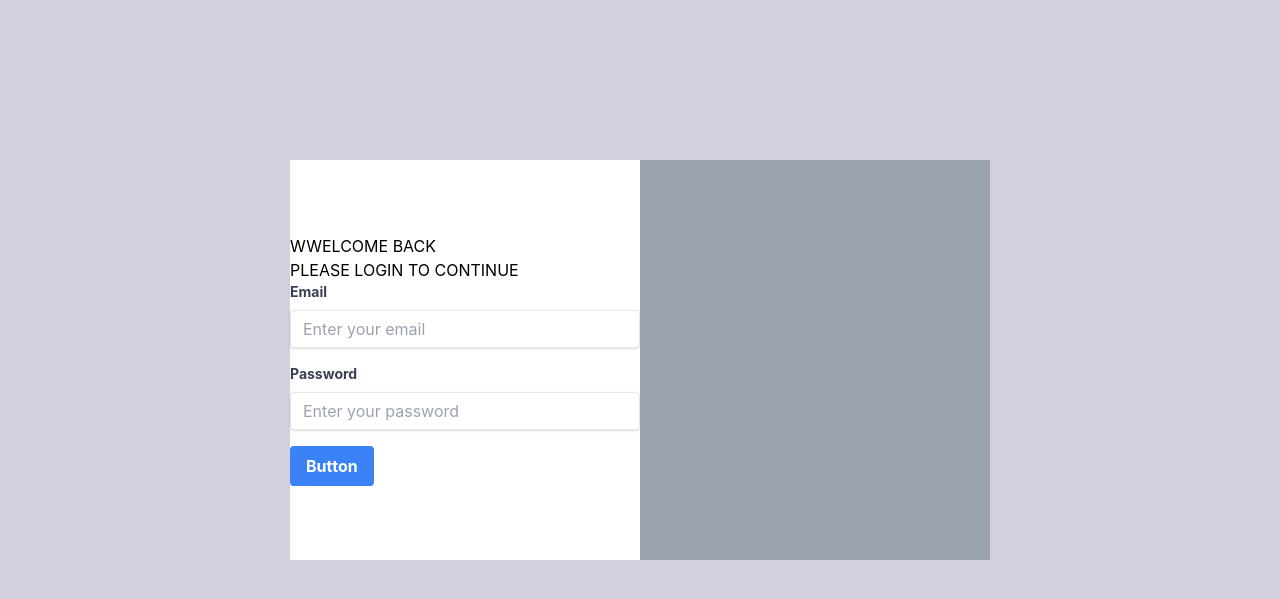
Repository: cosmicswati/upgrad-captions-project
Page: /account/signin
An editor plug-in stored every save of this project. The page is shown before and after a run of saves, followed by the edit.
The browser window is 1280 px wide. The pictures show the whole page.
The project was rebuilt for these pictures with package versions that can differ from the ones it lists, and the page was loaded fresh each time.

Above is the page before, as saved 2024-04-08 19:12:30.

### src/App.js
import Auth from "./modules/Authorization";


function App() {
  return (
    <div>
       <Auth />
    </div>
  );
}

export default App;

### src/modules/Authorization/index.js
import React from 'react'
import Form from './Form'

const Auth = () => {
  return (
    <div>
      <Form/>
    </div>
  )
}

export default Auth

### src/modules/Authorization/Form.jsx
import React from 'react';
import Input from '../../components/Input';
import Button from '../../components/Button';

const Form = () => {
  return (
    <div className='bg-[#d2cfdf] h-screen w-full flex justify-center items-center'>
      <div className='h-[400px] w-[700px] bg-white flex justify-center items-center'>
      <div className='h-full w-full flex flex-col justify-center item-center'>
         <div>WWELCOME BACK</div>
         <div>PLEASE LOGIN TO CONTINUE</div>
         <form>
            <Input label='Email' type='email' placeholder='Enter your email' />
            <Input label='Password' type='password' placeholder='Enter your password' />
            <Button label='Sign in' />
         </form>
      </div>
      <div className='h-full w-full bg-gray-400'>

      </div>
    </div>
    </div>
  );
};

export default Form;

### src/components/Input/index.js
import React from 'react'

const Input = ({
    name = '',
    label ='',
    type ='',
    placeholder =''
}) => {
  return (
    <div class="mb-4">
        {
          label &&
          <label class="block text-gray-700 text-sm font-bold mb-2" for={name}>
             {label}
          </label>
        }

        <input class="shadow apperance-none border rounded w-full py-2 px-3
         text-gray-700 leading-tight focus:outline-none focus:shadow-outline"
         id={name} type={type} placeholder={placeholder} />

    </div>
  )
}

export default Input

### src/components/Button/index.js
import React from 'react'

const Button = ({
    label ='',
    className =''
}) => {
  return (
    <button className={`bg-blue-500 hover:bg-blue-700 text-white font-bold py-2 px-4 rounded ${className}`}>
      Button
  </button>
  )
}

export default Button

### tailwind.config.js
/** @type {import('tailwindcss').Config} */
module.exports = {
 mode:'jit',
 purge: [
  './public/**/*.html',
  './src/**/*.{js,jsx,ts,tsx,vue}',
 ],
  content: [
    "./src/**/*.{js,jsx,ts,tsx}",
  ],
  theme: {
    extend: {},
  },
  plugins: [],
}

Loaded but not shown: public/index.html (common file); src/index.js (common file); src/index.css (common file); src/reportWebVitals.js (common file)

After the next 3 saves:
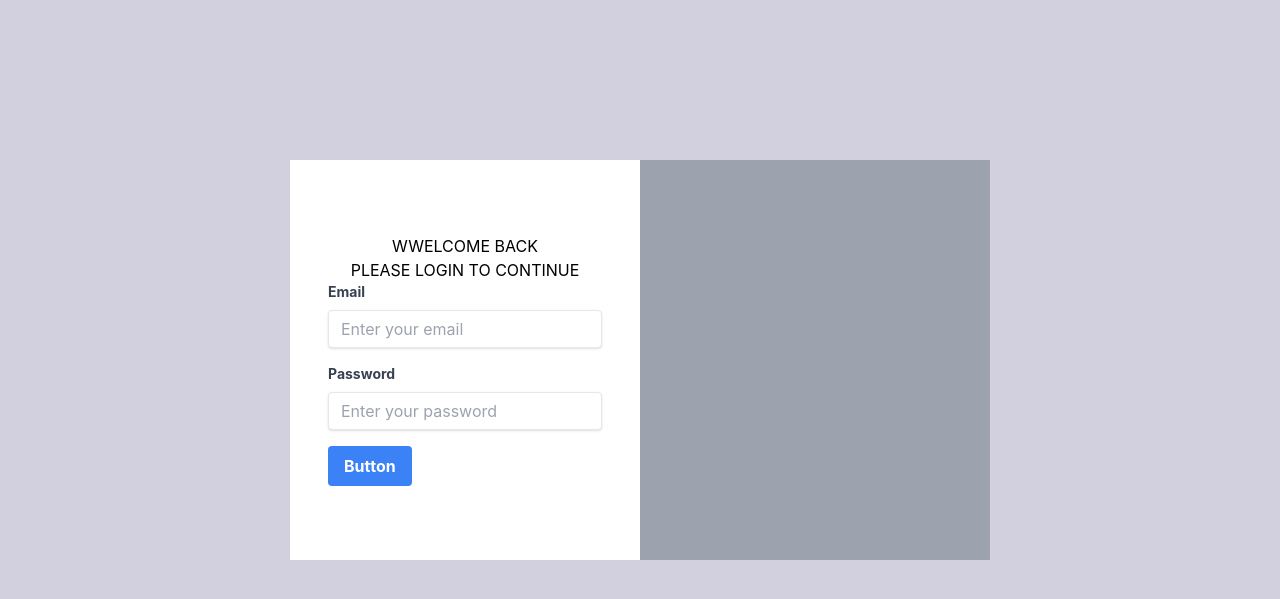
The 3 saves are shown as one change because they came seconds apart.
The last was saved 29 s later.
--- a/src/modules/Authorization/Form.jsx
+++ b/src/modules/Authorization/Form.jsx
@@ -6,7 +6,7 @@ const Form = () => {
   return (
     <div className='bg-[#d2cfdf] h-screen w-full flex justify-center items-center'>
       <div className='h-[400px] w-[700px] bg-white flex justify-center items-center'>
-      <div className='h-full w-full flex flex-col justify-center item-center'>
+      <div className='h-full w-full flex flex-col justify-center items-center'>
          <div>WWELCOME BACK</div>
          <div>PLEASE LOGIN TO CONTINUE</div>
          <form>
